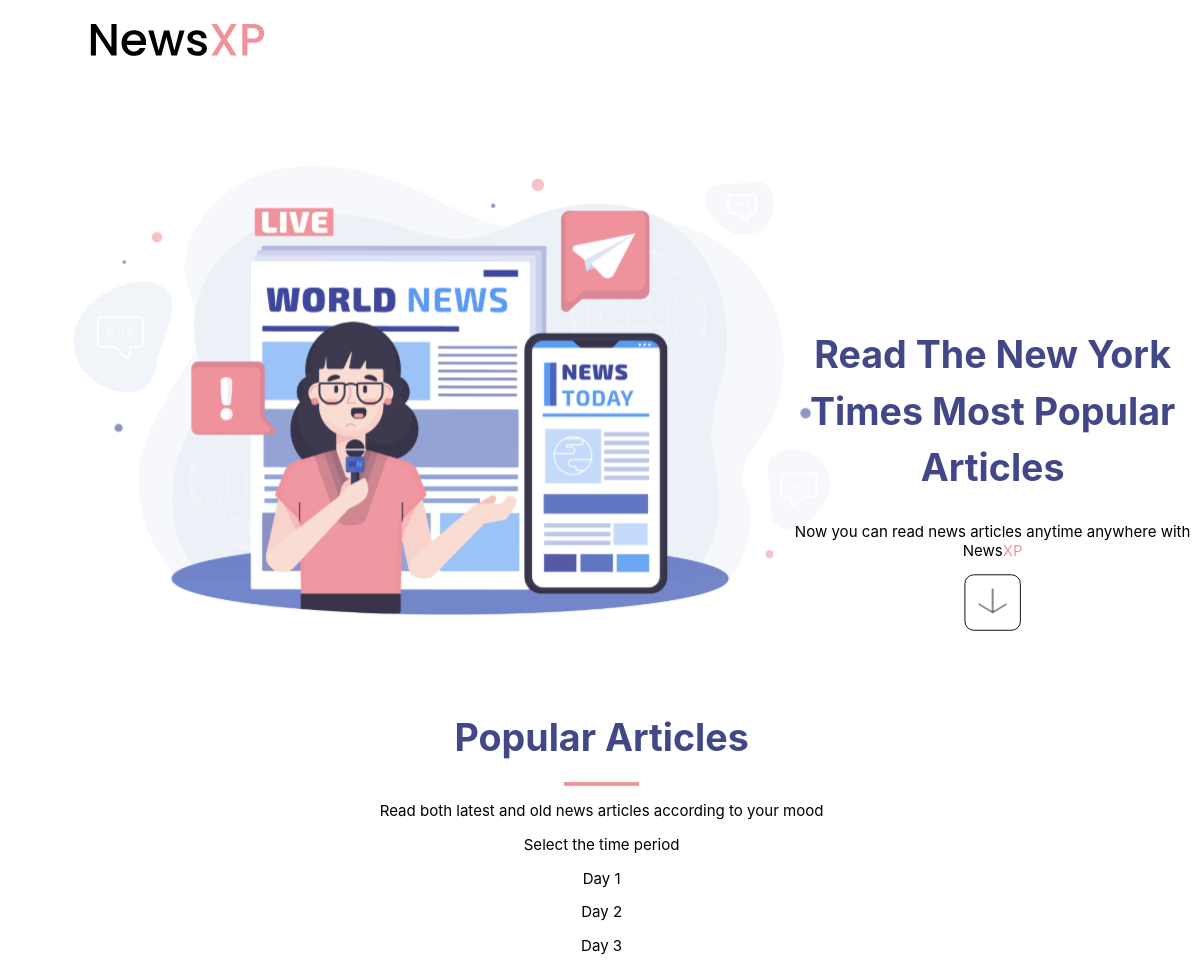
Repository: vishalsinghhh/NewsXP
Page: /
The author's editor kept a copy of each file at every save. The page is drawn from the files as they stood at one save, then again after a run of saves.
The browser window is 1280 px wide. The pictures show the whole page, at 94% of full size.
The project was rebuilt for these pictures with package versions that can differ from the ones it lists, and the page was loaded fresh each time. Imported but missing from the stored project, and not drawn on this page: src/pages/Error.

Above is the page before, as saved 2021-08-20 11:17:03.

### src/App.js
import React from "react";
import { BrowserRouter as Router, Route, Switch } from "react-router-dom";
// import pages
import Home from "./pages/Home";
import Error from "./pages/Error";
// import components
import Navbar from "./components/Navbar"
import Footer from "./components/Footer"

function App() {
  return (
    <div>
      <Router>
        <Navbar />
        <Switch>
          <Route exact path="/">
            <Home />
          </Route>
          <Route path="*">
            <Error />
          </Route>
        </Switch>
        <Footer/>
      </Router>
    </div>
  );
}

export default App;

### src/pages/Home.jsx
import React from 'react'
import hero from '../images/hero.svg'
import arrow from '../images/arror.svg'
import './pages.css'

const Home = () => {
    return (
      <main>
        <div className="hero">
          <div className="hero-center">
            <div className="hero-info">
              <h1>Read The New York Times Most Popular Articles</h1>
              <p>
                Now you can read news articles anytime anywhere with News
                <span className="xp">XP</span>
              </p>
              <button className="btn">
                <img src={arrow} alt="arrow" className="arrow" />
              </button>
            </div>
            <div className="hero-images">
              <img src={hero} alt="hero" className="hero-img" />
            </div>
          </div>
        </div>
        <div className="news">
          <div className="news-center">
            <div className="news-info">
              <h1 className="news-title">Popular Articles</h1>
              <div className="underline"></div>
              <p>
                Read both latest and old news articles according to your mood
              </p>
              <p>Select the time period</p>
              <div className="days">
                <div className="day1"><p>Day 1</p></div>
                <div className="day2"><p>Day 2</p></div>
                <div className="day3"><p>Day 3</p></div>
              </div>
              <div className="news-cards">
              </div>
            </div>
          </div>
        </div>
      </main>
    );
}

export default Home

### src/components/Navbar.js
import React from 'react'
import { Link } from "react-router-dom";
import logo from '../images/logo.svg';
import './Components.css';

const Navbar = () => {
    return (
        <nav className="nav">
            <div className="nav-center">
                <Link to='/'>
                    <img src={logo} alt="logo" className="logo" />
                </Link>
            </div>
        </nav>
    )
}

export default Navbar

### src/components/Footer.js
import React from 'react'

const Footer = () => {
    return (
        <div>
            {/* <h1>Footer</h1> */}
        </div>
    )
}

export default Footer

### src/pages/pages.css
.btn {
  /* Rectangle 1 */

  /* position: absolute; */
  width: 60px;
  height: 60px;
  left: 1113px;
  top: 512px;

  background: #ffffff;
  border: 1px solid #000000;
  box-sizing: border-box;
  border-radius: 10px;
}

.hero::before {
  content: "";
  position: absolute;
  width: 100%;
  height: 65%;
  top: 0;
  left: 0;
}
.hero {
  position: relative;
  min-height: 100vh;
  margin-top: -5rem;
  margin-left: 2rem;
  display: grid;
  grid-template-columns: 1fr;
  /* justify-items: center; */
}
.hero-center {
  width: 90vw;
  max-width: var(--max-width);
  display: grid;
  align-items: center;
}
.hero-img {
  /* position: relative; */
  z-index: -1;
  margin-top: 10%;
}
.hero-info {
  position: absolute;
  text-transform: none;
  margin-left: 50rem;
  margin-top: 16rem;
  text-align: center;
}
.hero-info h1 {

  max-width: 1500px;
  font-size: 2.5rem;
  letter-spacing: 3%;
  line-height: 150%;
  color: #424787;
}
.xp{
    color: #EF929C;
}
.btn{
    cursor: pointer;
}
.btn:hover{
    background: #EF929C;
    transition: all 0.7s ease;
}
.arrow{
    animation: bounce 2s infinite;
}
@keyframes bounce {
  0%, 20%, 50%, 80%, 100% {
    transform: translateY(0);
  }
  40% {
    transform: translateY(-25px);
  }
  60% {
    transform: translateY(-10px);
  }
}


/* *******Popular Articles*********  */
/* .news{
  position: absolute;
  justify-content: center;
  align-items: center;
} */
.news{
  display: flex;
  justify-content: center;
  text-align: center;
}
.news-title{
  max-width: 1500px;
  font-size: 2.5rem;
  letter-spacing: 3%;
  line-height: 150%;
  color: #424787;
}
.underline {
  width: 5rem;
  height: 0.25rem;
  background: #EF929C;
  margin-top: -2%;
  margin-left: auto;
  margin-right: auto;
}

### src/components/Components.css
:root {

  --transition: all 0.3s linear;
  --spacing: 0.1rem;
  --radius: 0.25rem;
  --light-shadow: 0 5px 15px rgba(0, 0, 0, 0.1);
  --dark-shadow: 0 5px 15px rgba(0, 0, 0, 0.2);
  --max-width: 1170px;
  --fixed-width: 620px;
}
.nav {
  height: 5.5rem;
  display: flex;
  align-items: center;
  justify-content: center;
  background: transparent;
  position: relative;
  z-index: 1;
}
.nav-center {
  width: 85vw;
  /* max-width: var(--max-width); */
}

Loaded but not shown: public/index.html (common file); src/index.js (common file); src/index.css (common file)

After the next 2 saves:
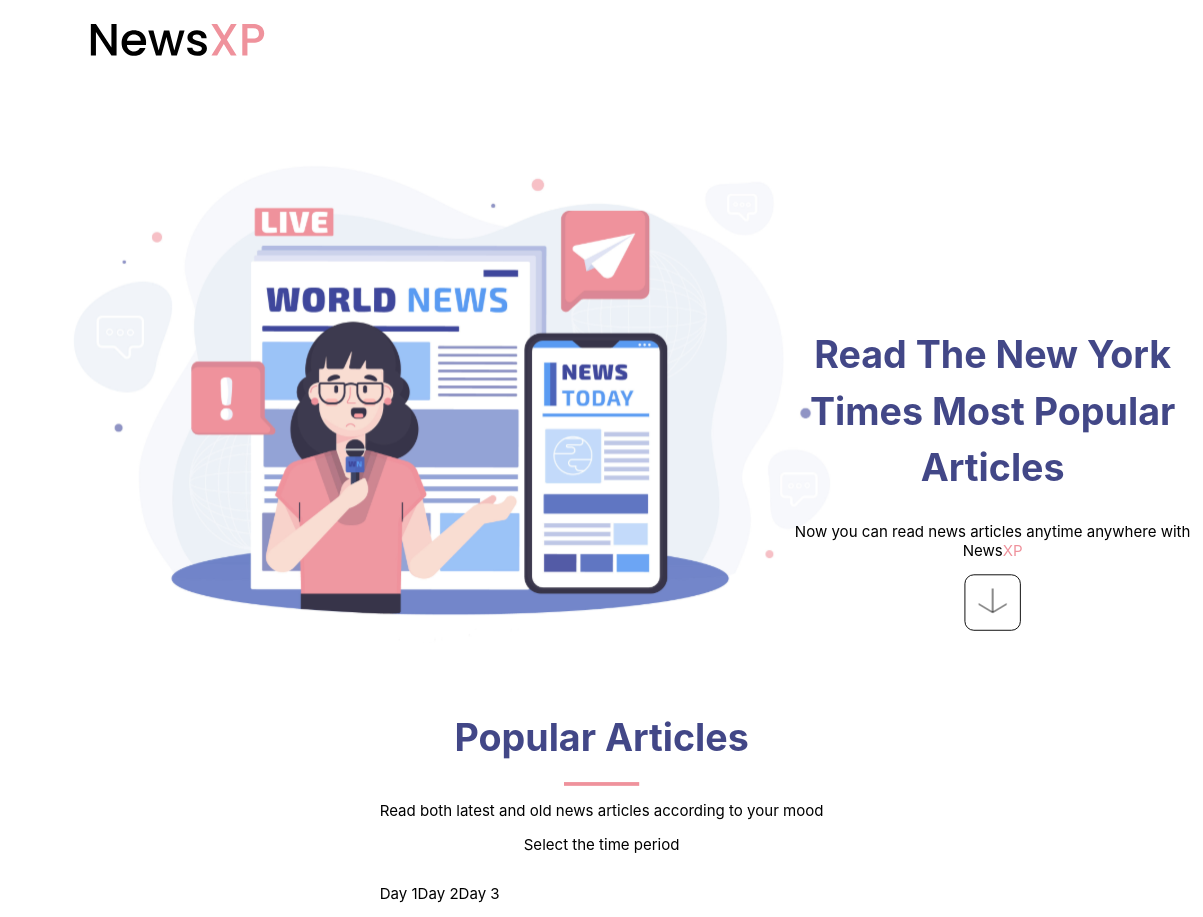
The 2 saves are shown as one change because they came seconds apart.
The last was saved 78 s later.
--- a/src/pages/pages.css
+++ b/src/pages/pages.css
@@ -108,3 +108,6 @@
   margin-left: auto;
   margin-right: auto;
 }
+.days{
+  display: flex;
+}
